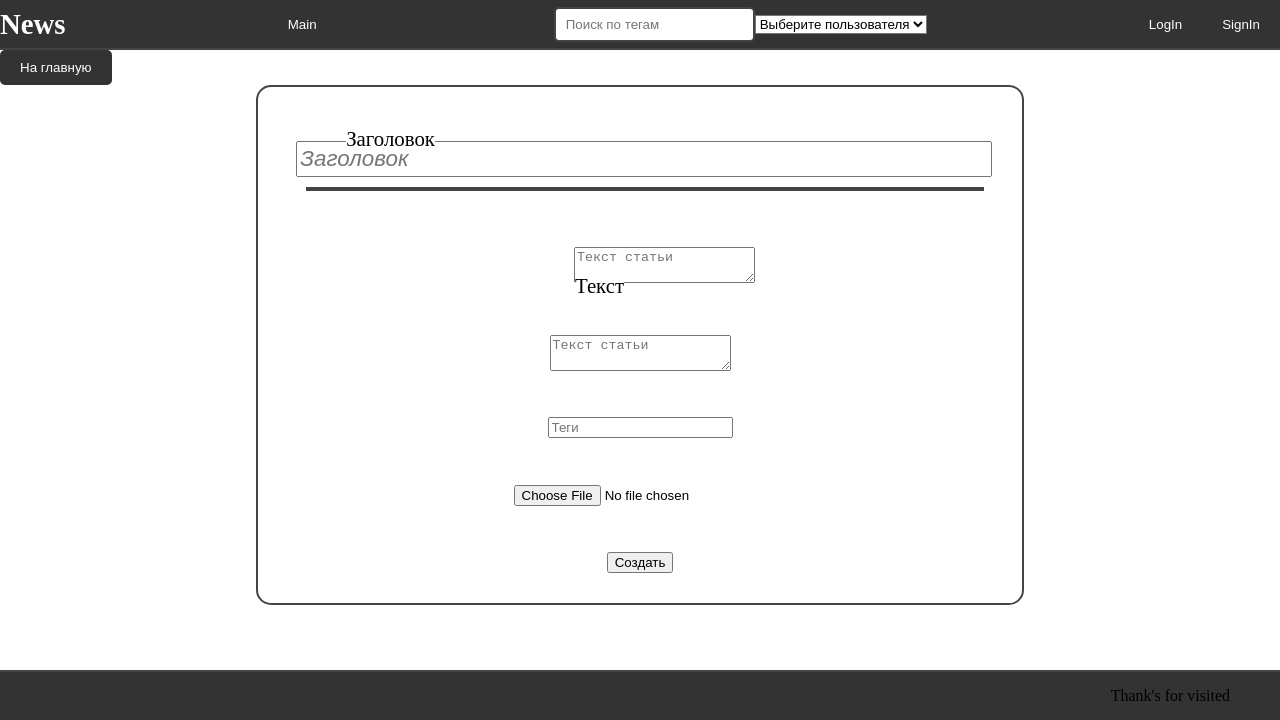
Repository: Igor-Blazhko/news_frontend
Page: /CreatePost
These files come from the project's save history. The page is drawn as it stood at one moment and after the next save; the edit follows.
The browser window is 1280 px wide. The pictures show the whole page.
The project was rebuilt for these pictures with package versions that can differ from the ones it lists, and the page was loaded fresh each time. Also part of the build but not shown: vite.config.ts, src/components/allPost/onePost/onePost.module.css, src/components/allPost/onePost/onePost.tsx, src/components/allPost/allPost.tsx, src/components/auth/logIn/login.module.css, src/components/auth/logIn/login.tsx, src/components/auth/register/register.tsx, src/components/pageOnePost/comments/comment.tsx and 2 more.

Above is the page before, as saved 2024-07-15 16:21:02.

After the next save:
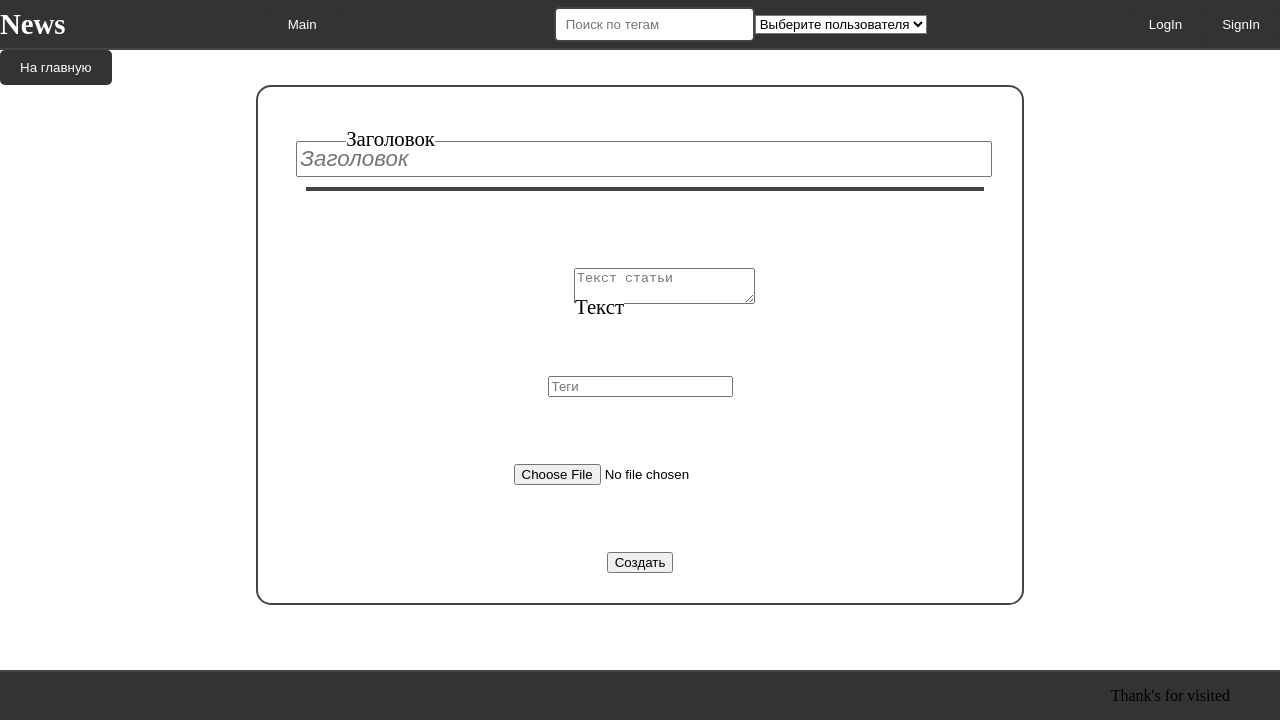
Saved 15 s later.
--- a/src/components/createPost/createPost.tsx
+++ b/src/components/createPost/createPost.tsx
@@ -21,7 +21,6 @@ export default function CreatePost(){
                         <label htmlFor="article" className={styles.text} >Текст</label>
                         <textarea name="text" placeholder="Текст статьи" className={styles.text}/>
                     </div>
-                    <textarea name="text" placeholder="Текст статьи" className={styles.text}/>
                     <input type="text" name="Tags" placeholder="Теги"  className={styles.tags}/>
                     <input type="file" />
                     <button type="submit" className={styles.btn}>Создать</button>
